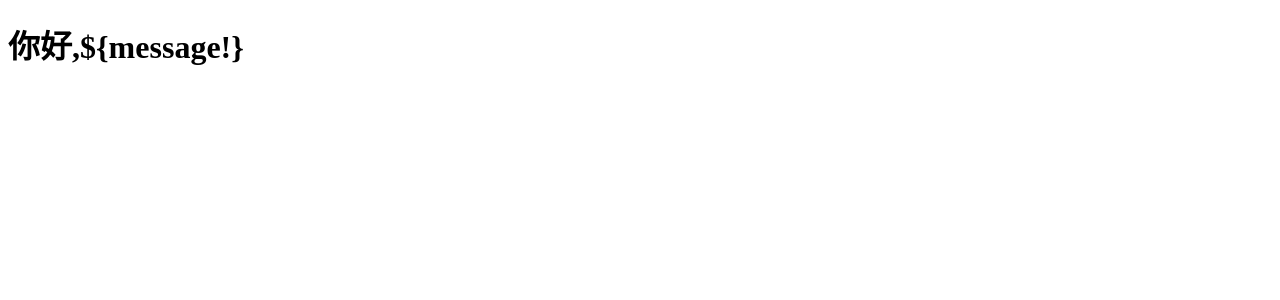
Repository: jionjion/JAVA_WorkSpace
Page: MicroServices/src/main/resources/module/user/hello.html
The author's editor kept a copy of each file at every save. The page is drawn from the files as they stood at one save, then again after the next save.
The browser window is 1280 px wide. The pictures show the whole page.

Above is the page before, as saved 2017-07-27 14:33:23.

After the next save:
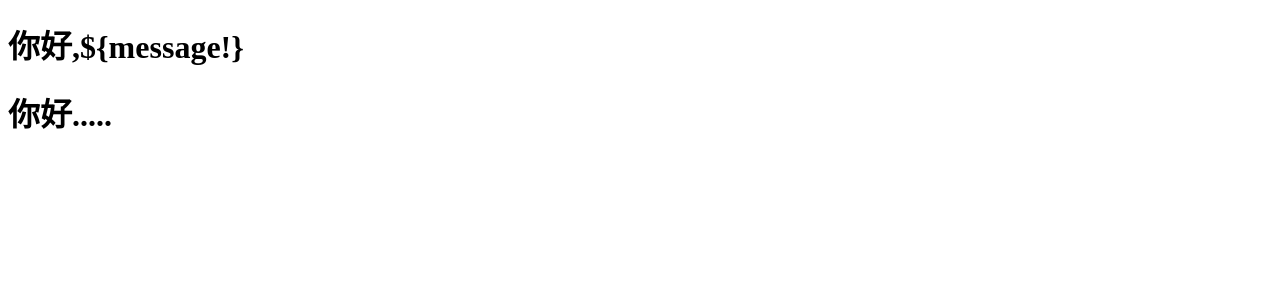
Saved 32 s later.
--- a/MicroServices/src/main/resources/module/user/hello.html
+++ b/MicroServices/src/main/resources/module/user/hello.html
@@ -6,5 +6,6 @@
 </head>
 <body>
 	<h1>你好,${message!}</h1>
+	<h1>你好.....</h1>
 </body>
 </html>
